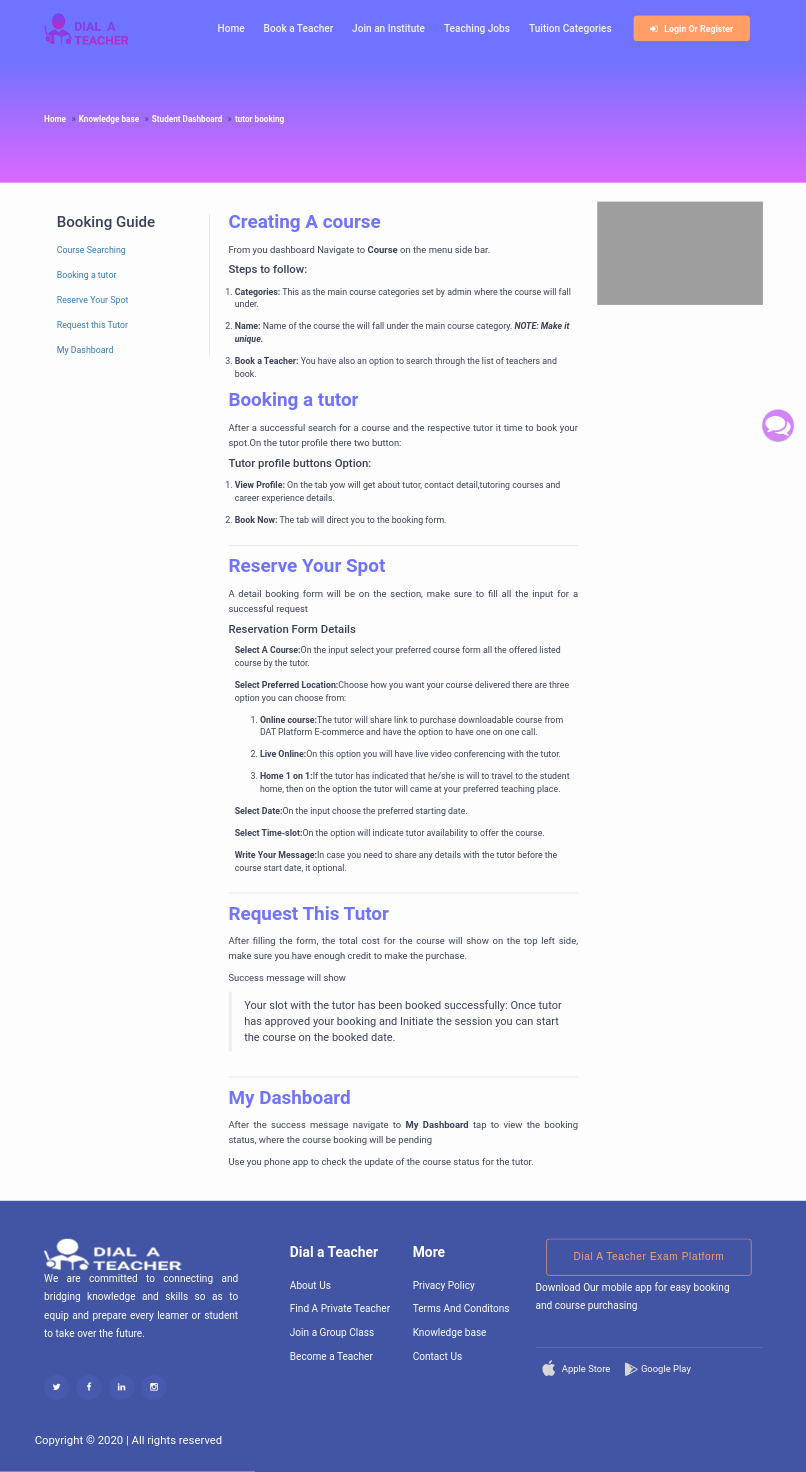
Repository: Samkiroko/DAT_knowledge
Page: knowledge_base/tt_booking_courses.html
An editor plug-in stored every save of this project. The page is shown before and after the next save, followed by the edit.
The browser window is 1280 px wide. The pictures show the whole page, at 63% of full size.
Pictures or frames that could not be fetched are drawn as grey boxes.

Above is the page before, as saved 2020-12-17 13:11:09.
Console error: TypeError: e.indexOf is not a function

After the next save:
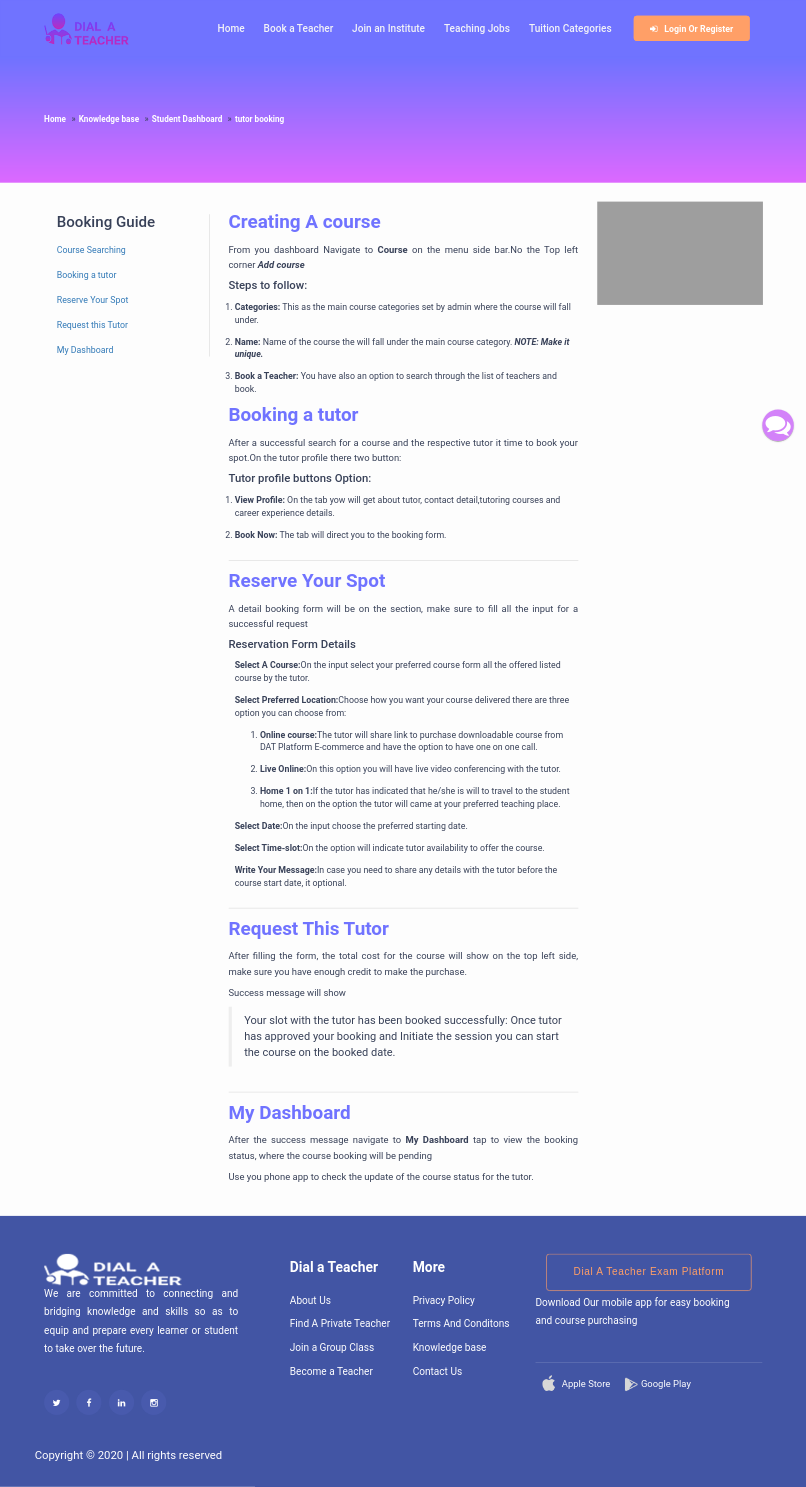
Saved 61 s later.
--- a/knowledge_base/tt_booking_courses.html
+++ b/knowledge_base/tt_booking_courses.html
@@ -156,7 +156,8 @@
 
               <div class="mwb-article-section__content-wrap" id="sec1">
                 <h2>Creating A course </h2>
-                <p>From you dashboard Navigate to <b>Course</b> on the menu side bar.
+                <p>From you dashboard Navigate to <b>Course</b> on the menu side bar.No the Top left
+                  corner <b><i>Add course</i></b>
                 <h4>Steps to follow:</h4>
                 <ol class="mwb-article-section__ordr-list">
                   <li> <b>Categories:</b> This as the main course categories set by admin where the
